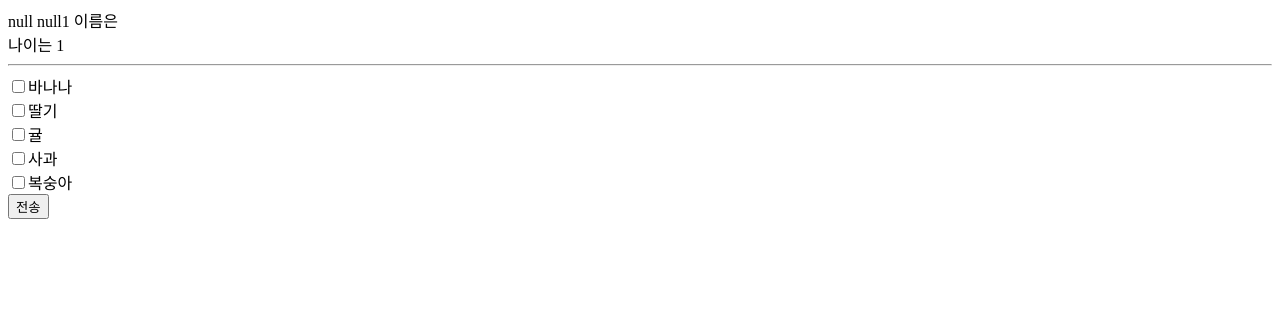
Repository: JaeYong-An/jstl
Page: http://localhost/jstl_study/step-3.jsp
An editor plug-in stored every save of this project. The page is shown before and after the next save, followed by the edit.
The browser window is 1280 px wide. The pictures show the whole page.
The page is served by Tomcat 9. Other server files are loaded and not shown.

Above is the page before, as saved 2023-11-22 05:50:26.

### jstl_study/src/main/webapp/step-3.jsp
<%@ page language="java" contentType="text/html; charset=UTF-8"
    pageEncoding="UTF-8"%>
    <%@ taglib uri="http://java.sun.com/jsp/jstl/core" prefix="c" %>
<!DOCTYPE html>
<html>
<head>
<meta charset="UTF-8">
<title>Insert title here</title>
</head>
<body>

	<!-- 스클립틀릿 방식은 파라미터 값이 문자열로 인식, 연산불가능 -->
	<%= request.getParameter("name") %>
	<%= request.getParameter("age")+1 %>

	<!-- EL방식은 내부적으로 형변환을 하여 연산이 가능함 -->
	이름은 ${param.name }<br>
	나이는 ${param.age+1 }
	<hr>
	<!-- 나이가 18살 미만이면 미성년자 입니다. 라고 출력 -->
	<c:if test="${param.age<18 }">
		${param.name }은 미성년자
	</c:if>

	<form action="step-4.jsp">
		<input type="checkbox" name="food" value="바나나">바나나<br>
		<input type="checkbox" name="food" value="딸기">딸기<br>
		<input type="checkbox" name="food" value="귤">귤<br>
		<input type="checkbox" name="food" value="사과">사과<br>
		<input type="checkbox" name="food" value="복숭아">복숭아<br>
		<button type="submit">전송</button>
	</form>
</body>
</html>

After the next save:
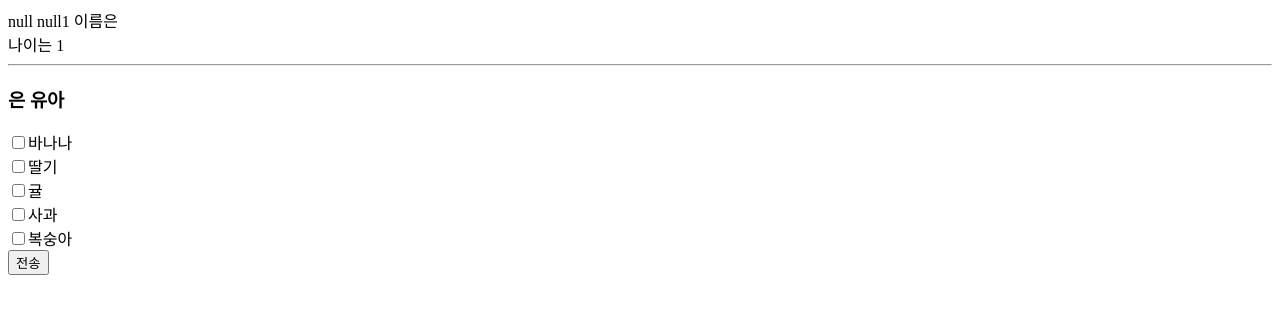
Saved 4 min 24 s later.
--- a/jstl_study/src/main/webapp/step-3.jsp
+++ b/jstl_study/src/main/webapp/step-3.jsp
@@ -22,6 +22,22 @@
 		${param.name }은 미성년자
 	</c:if>
 
+	<!-- choose를 사용하여 다중 조건 처리 -->
+	<c:choose>
+		<c:when test="${param.age>=19 }">
+			<h3>${param.name }은 성인</h3>
+		</c:when>
+		<c:when test="${param.age>=13 }">
+			<h3>${param.name }은 청소년</h3>
+		</c:when>
+		<c:when test="${param.age>=5 }">
+			<h3>${param.name }은 어린이</h3>
+		</c:when>
+		<c:otherwise>
+			<h3>${param.name }은 유아</h3>
+		</c:otherwise>
+	</c:choose>
+
 	<form action="step-4.jsp">
 		<input type="checkbox" name="food" value="바나나">바나나<br>
 		<input type="checkbox" name="food" value="딸기">딸기<br>
